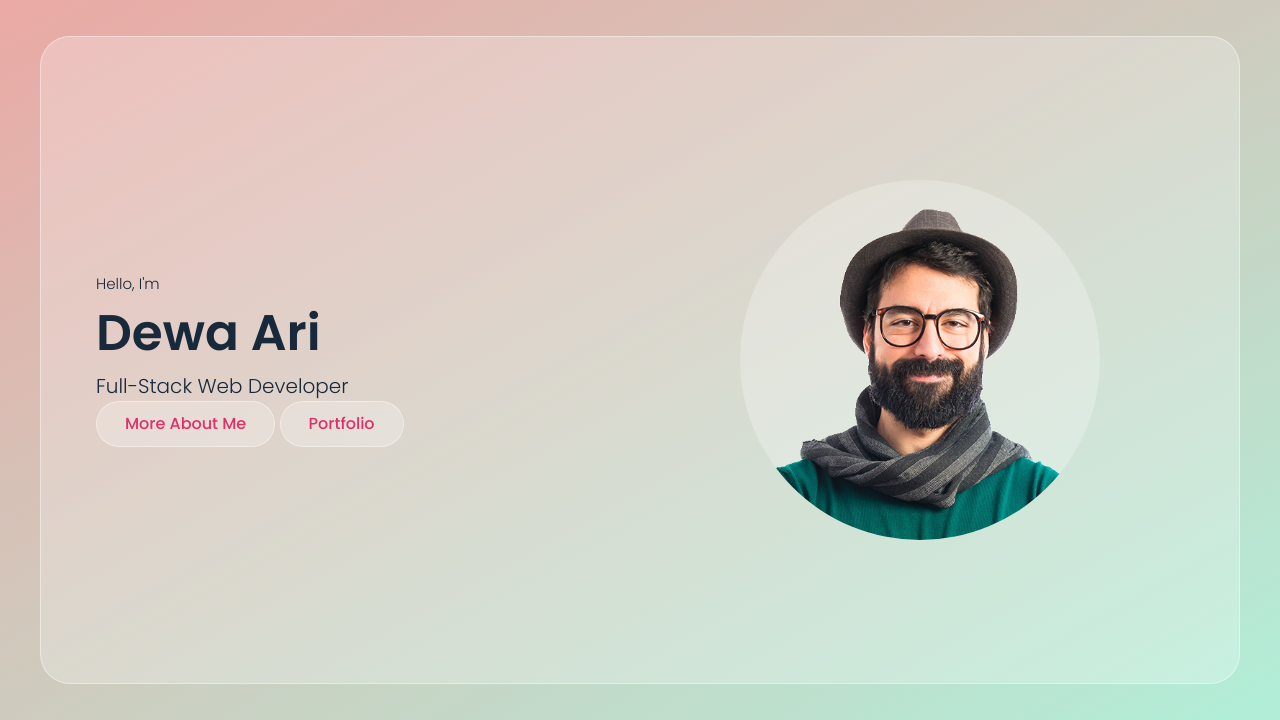
Repository: dewaary/Glassmorp-me
Page: index.html
The author's editor kept a copy of each file at every save. The page is drawn from the files as they stood at one save, then again after the next save.
The browser window is 1280 px wide. The pictures show the whole page.

Above is the page before, as saved 2021-05-12 22:31:20.

### index.html
<!DOCTYPE html>
<html lang="en">
<head>
    <meta charset="UTF-8">
    <meta http-equiv="X-UA-Compatible" content="IE=edge">
    <meta name="viewport" content="width=device-width, initial-scale=1.0">
    <link rel="stylesheet" href="style.css">
    <title>Document</title>
</head>
<body>


    <div class="main">

        <section class="home-section align-items-center">
            <div class="container">
                <div class="row align-items-center">
                    <div class="home-text">
                        <p>Hello, I'm</p>
                        <h1>Dewa Ari</h1>
                        <h2>Full-Stack Web Developer</h2>
                        <a href="#" class="btn">more about me</a>
                        <a href="#" class="btn">portfolio</a>
                    </div>
                    <div class="home-img">
                        <div class="img-box">
                            <img src="img/profile-img.png" alt="profile-img">
                        </div>
                    </div>
                </div>
            </div>
        </section>

    </div>

</body>
</html>

### style.css

/* Fonts */
@import url('https://fonts.googleapis.com/css2?family=Poppins:wght@300;400;500;600;700&display=swap');





/* Variables */

:root{
    --main-color: #e02f6b;
    --blue: #0000ff;
    --blue-dark: #18293c;
    --orange: #ffa500;
    --green-yellow: #cddc39;
    --pink-light: #efa2b4;
    --cyan-light: #aef1ee;
    --white: #ffffff;
    --white-alpha-40: rgba(255, 255, 255, 0.40);
    --white-alpha-25: rgba(255, 255, 255, 0.25);
    --backdrop-filter-blur: blur(5px);

}

*{
    box-sizing: border-box;
    padding: 0;
    margin: 0;
    outline: none;
}

::before,
::after{
    box-sizing: border-box;
}

body {
    min-height: 100vh;
    background-image: linear-gradient(to bottom right, var(--pink-light), var(--cyan-light));
    font-size: 16px;
    font-family: 'Poppins', sans-serif;
    font-weight: 300;
    color: var(--blue-dark);
    line-height: 1.5;
    overflow-x: hidden;
    -webkit-tap-highlight-color: transparent;
    padding: 5vh 15px;
}

body::before{
    content: '';
    position: fixed;
    left: 0;
    top: 0;
    height: 100%;
    width: 100%;
    background-color: var(--green-yellow);
    z-index: -1;
    opacity: 0.12;
}

a{
    text-decoration: none;
}

h1, h2{
    font-weight: 600;
}

h3, h4, h5, h6{
    font-weight: 500;
}

img{
   max-width: 100%;
   vertical-align: middle;
}

section {
    background-color: var(--white-alpha-25);
    border: 1px solid var(--white-alpha-40);
    min-height: 90vh;
    border-radius: 30px;
}

.main{
    max-width: 1200px;
    margin: auto;
}

.row{
    display: flex;
    flex-wrap: wrap;
}

.container {
    padding: 0 40px;
    width: 100%;
}

.align-items-center{
    align-items: center;
}

/*
Buttons */

.btn{
    line-height: 1.5;
    background-color: var(--white-alpha-25);
    border: 1px solid var(--white-alpha-40);
    padding: 10px 28px;
    display: inline-block;
    border-radius: 30px;
    color: var(--main-color);
    font-weight: 500;
    text-transform: capitalize;
    font-family: inherit;
    font-size: 16px;
    cursor: pointer;
    user-select: none;
    position: relative;
}




/*
Home Section */

.home-section{
    display: flex;
    padding: 120px 0;
}


.home-text, .home-img{
    width: 50%;
    padding: 15px;
}

.home-text p{
    font-size: 15px;
}

.home-text h2{
    font-size: 20px;
    text-transform: capitalize;
    font-weight: 300;
}

.home-text h1{
    font-size: 50px;
    text-transform: capitalize;
}

.home-img .img-box{
    max-width: 360px;
    background-color: var(--white-alpha-25);
    border-radius: 50%;
    background-color: var(--white-alpha-25);
    margin: auto;
}

.home-img .img-box img{
    width: 100%;
    border-radius: 50%;
}

After the next save:
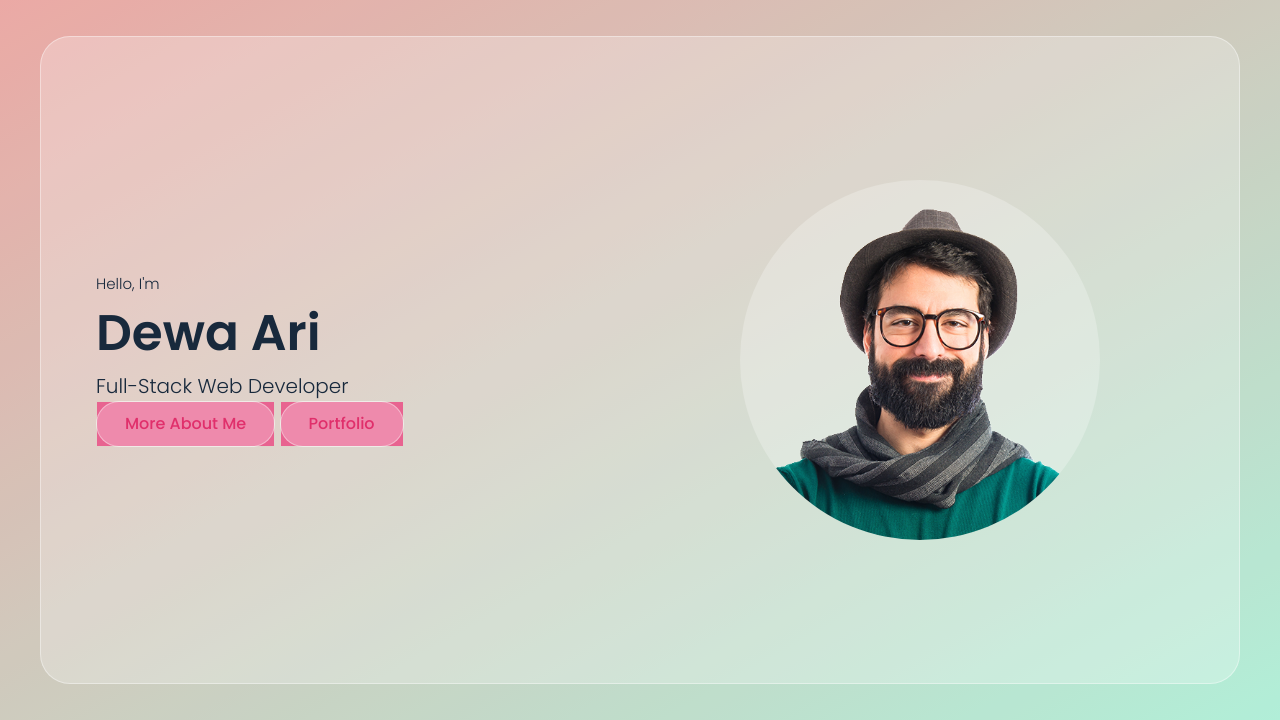
Saved 93 s later.
--- a/style.css
+++ b/style.css
@@ -123,7 +123,16 @@ Buttons */
     position: relative;
 }
 
-
+.btn::before{
+    content: '';
+    position: absolute;
+    left: 0;
+    top: 0;
+    height: 100%;
+    width: 100%;
+    background-color: var(--main-color);
+    z-index: -1;
+}
 
 
 /*
